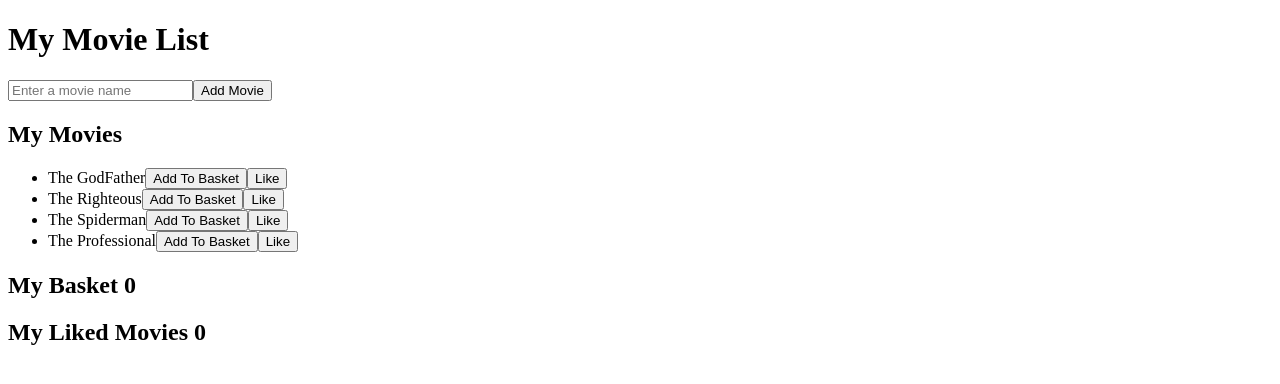
Repository: sinchana-p-iVoyant/redux-movie-store
Page: /
An editor plug-in stored every save of this project. The page is shown before and after the next save, followed by the edit.
The browser window is 1280 px wide. The pictures show the whole page.
The project was rebuilt for these pictures with package versions that can differ from the ones it lists, and the page was loaded fresh each time. Also part of the build but not shown: vite.config.ts.

Above is the page before, as saved 2024-02-15 12:05:40.

After the next save:
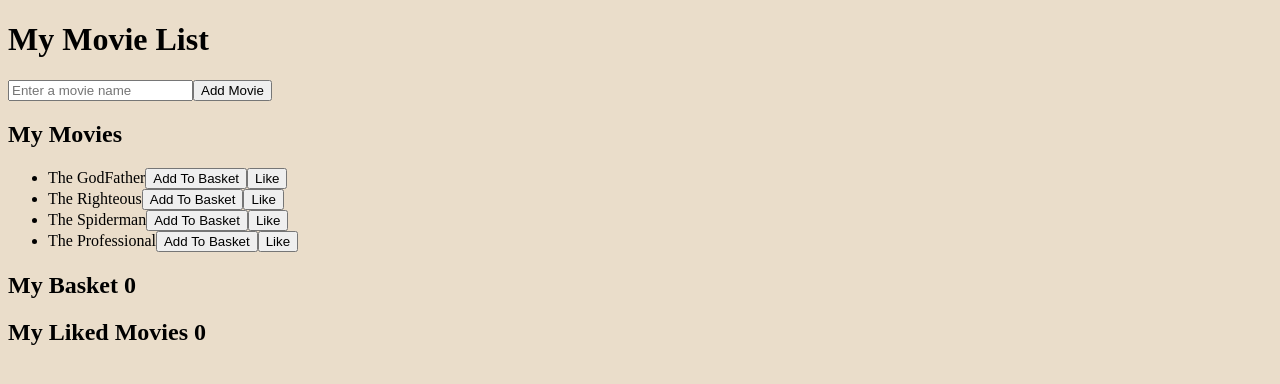
Saved 2 s later.
--- a/src/App.css
+++ b/src/App.css
@@ -1,5 +1,5 @@
 body {
-  background-color: ;
+  background-color: #EADDCA;
 }
 
 

After the 2 saves that followed:
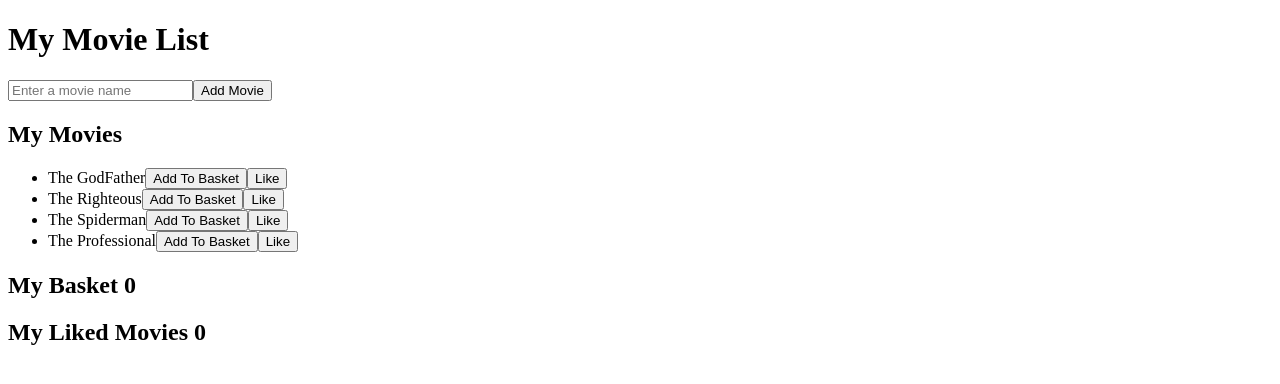
The 2 saves are shown as one change because they came seconds apart.
The last was saved 46 s later.
--- a/src/App.css
+++ b/src/App.css
@@ -1,5 +1,5 @@
 body {
-  background-color: #EADDCA;
+  background-color: #ccac8c,;
 }
 
 
